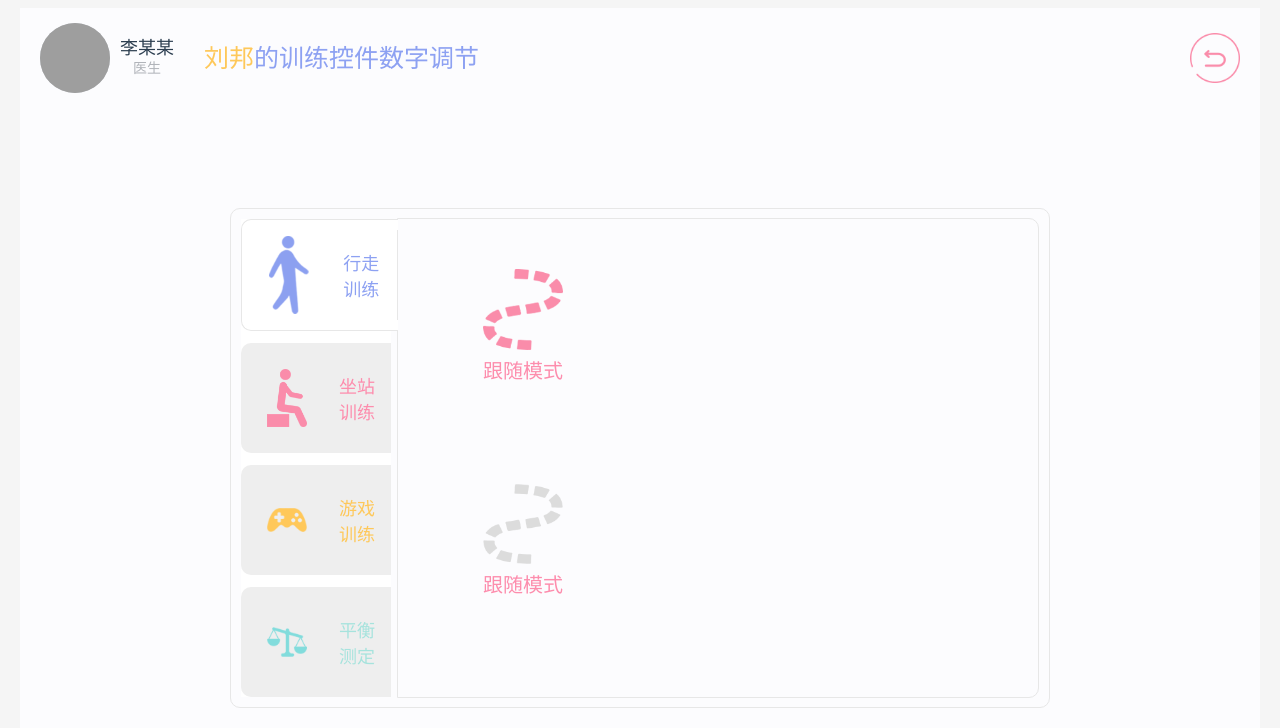
Repository: wangdanqing90/electron-vue-doctor
Page: /#/trainingAdjust
An editor plug-in stored every save of this project. The page is shown before and after the next save, followed by the edit.
The browser window is 1280 px wide. The pictures show the whole page.
Pictures or frames that could not be fetched are drawn as grey boxes. The project was rebuilt for these pictures with package versions that can differ from the ones it lists, and the page was loaded fresh each time. Also part of the build but not shown: vue.config.js, src/views/Home.vue, src/assets/styles/variable.scss, src/assets/styles/iconfont.css.

Above is the page before, as saved 2020-01-15 10:36:25.

After the next save:
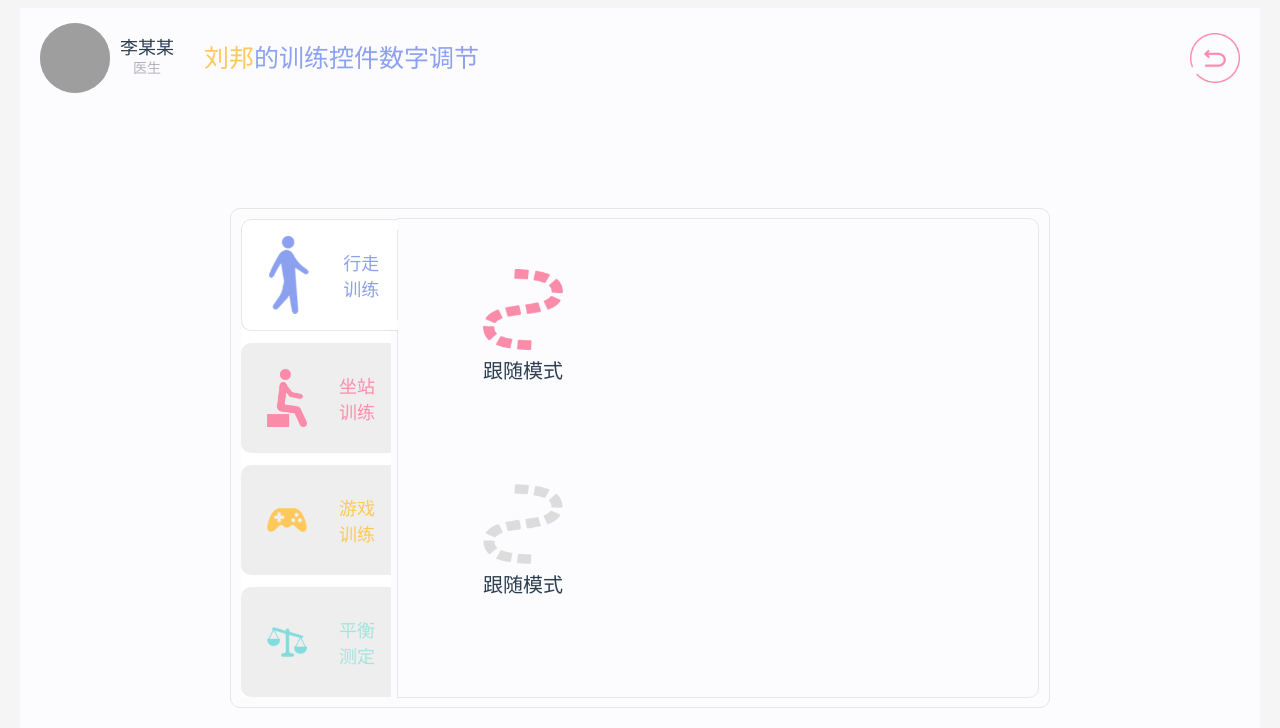
Saved 2 min 27 s later.
--- a/src/views/TrainingAdjust/TrainingAdjust.vue
+++ b/src/views/TrainingAdjust/TrainingAdjust.vue
@@ -34,7 +34,7 @@
         </div>
         <div class="right">
           <div
-            class="adjust-container pinkFontColor active"
+            class="adjust-container"
             v-for="(item,index) in adjustList"
             :key="index"
             @click="selectClick(index)"
